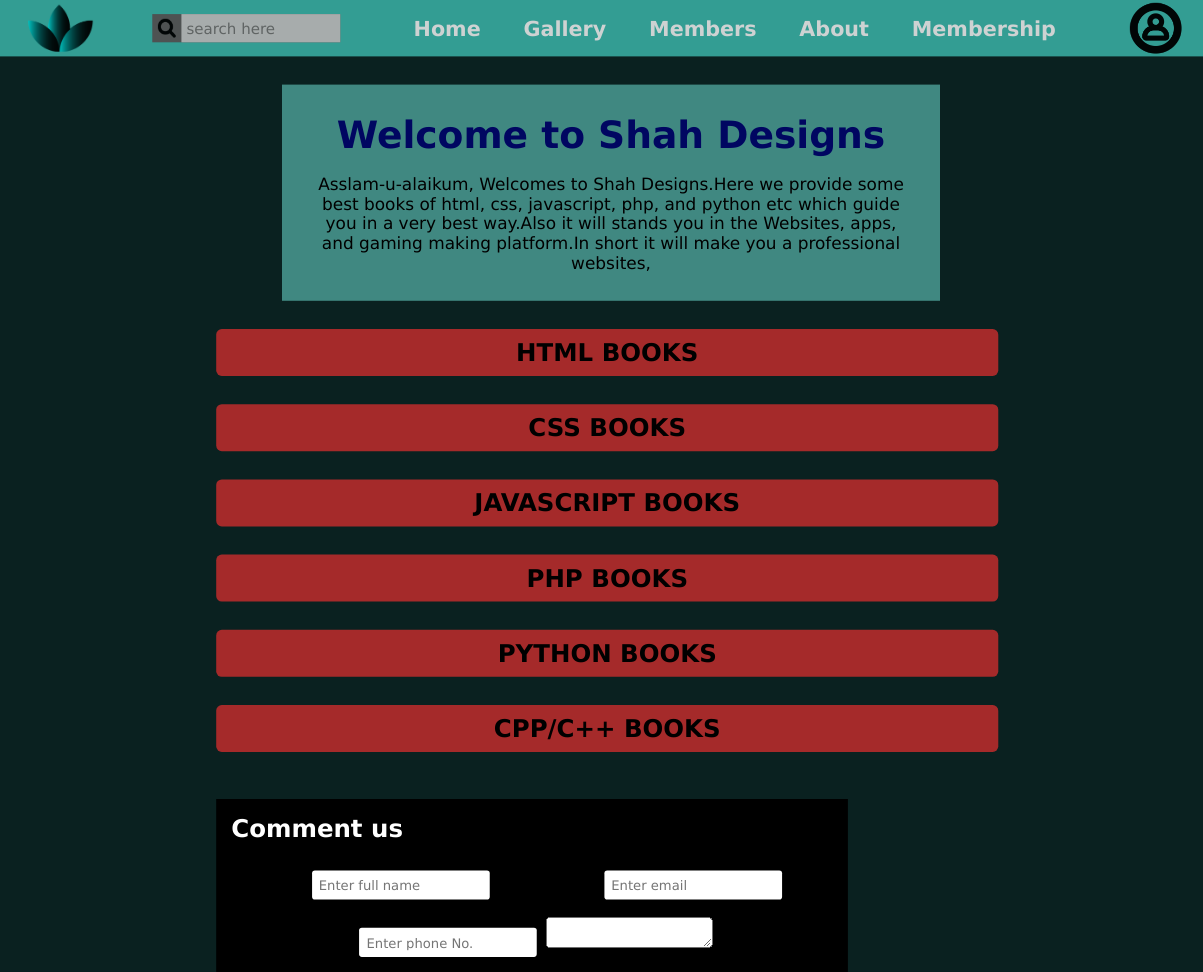
Repository: RawahaMR11/my_assignments
Page: rawaha computer/Shah Designs web/Shah home page.html
These files come from the project's save history. The page is drawn as it stood at one moment and after the next save; the edit follows.
The browser window is 1280 px wide. The pictures show the whole page, at 94% of full size.

Above is the page before, as saved 2024-12-13 09:02:49.

After the next save:
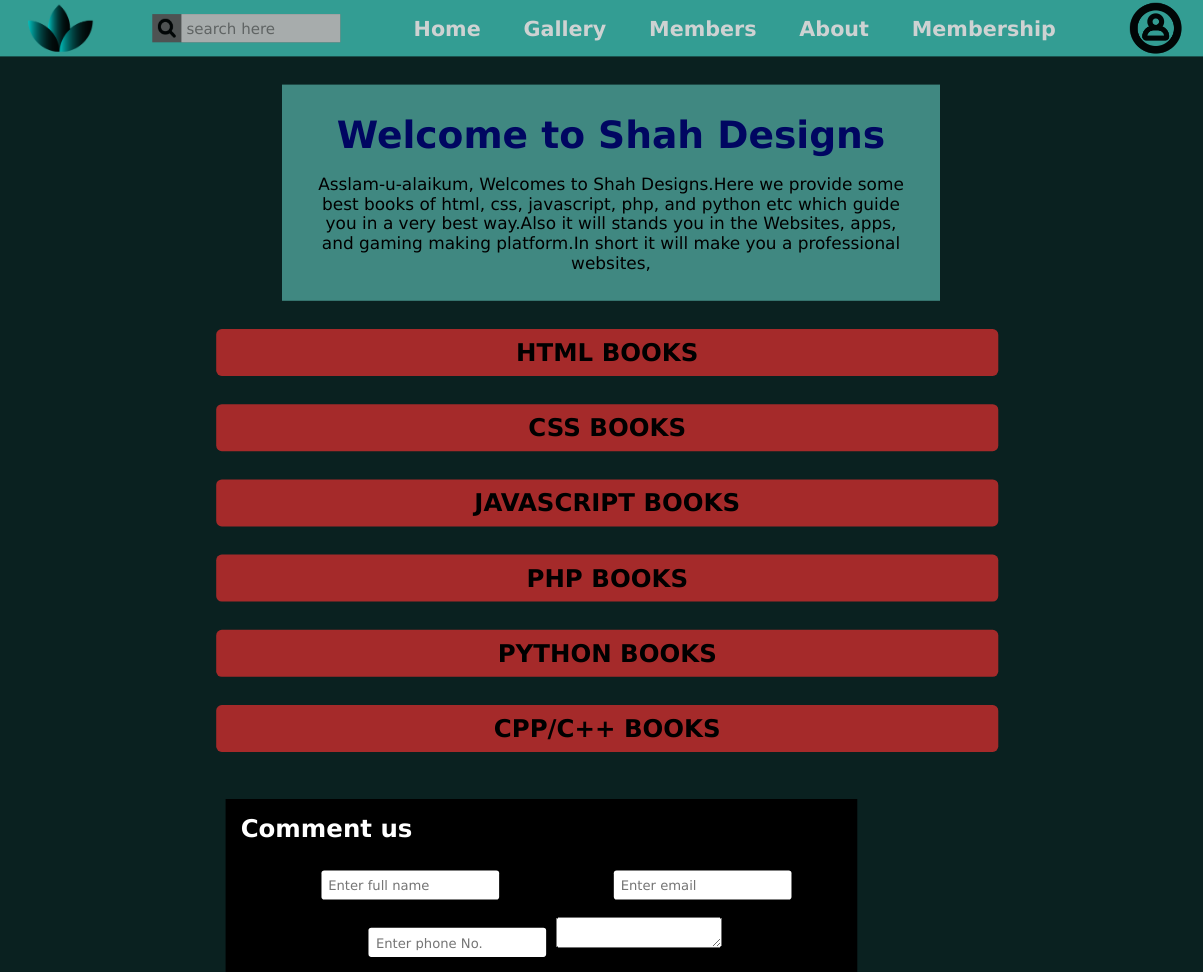
Saved 23 s later.
--- a/rawaha computer/Shah Designs web/Shah home page.css
+++ b/rawaha computer/Shah Designs web/Shah home page.css
@@ -281,7 +281,7 @@ header {
 }
 .comment {
       width: 50%;
-      margin: 50px 230px 0;
+      margin: 50px 240px 0;
       background-color: black;
       padding: 16px;
 }
